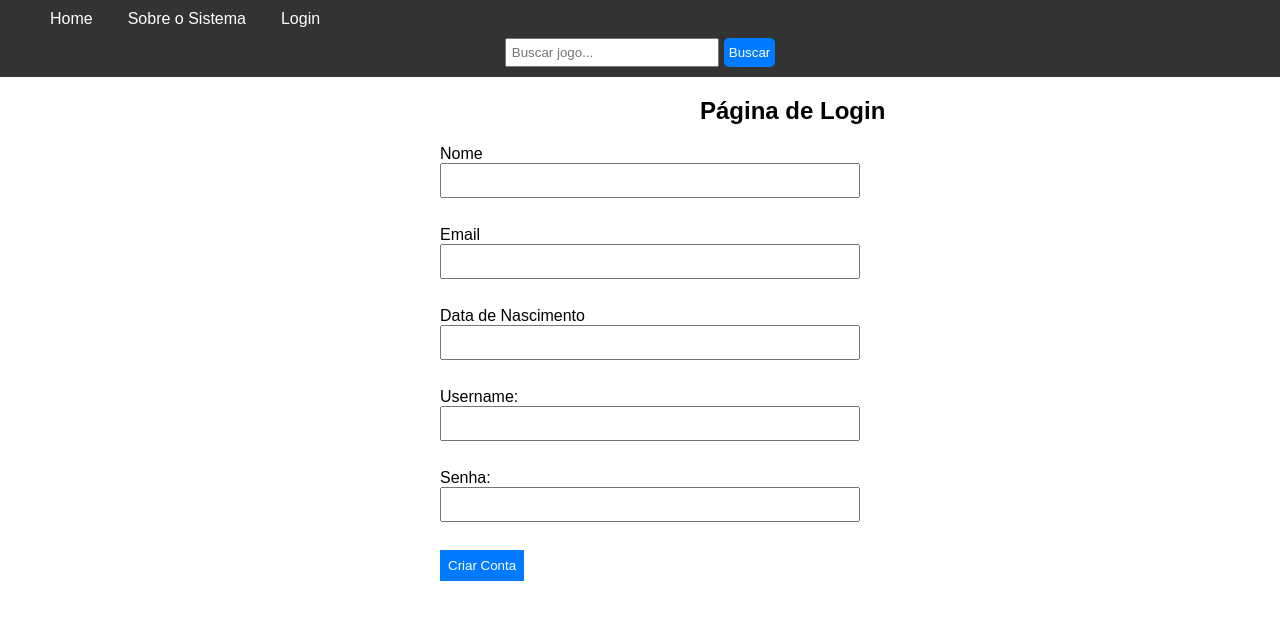
Repository: lucasparila/JogosEletronicos
Page: http://localhost/JogosEletronicos/view/criar-conta.jsp
The author's editor kept a copy of each file at every save. The page is drawn from the files as they stood at one save, then again after the next save.
The browser window is 1280 px wide. The pictures show the whole page.
The page is served by Tomcat 9.

Above is the page before, as saved 2025-05-17 19:02:45.

After the next save:
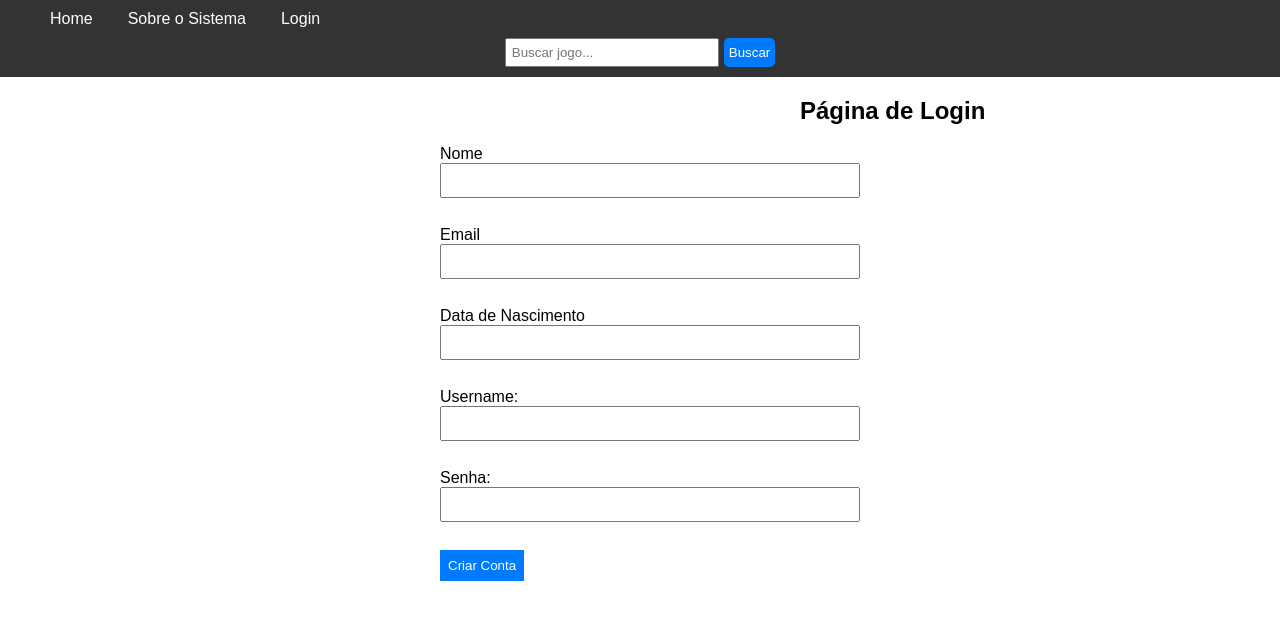
Saved 17 s later.
--- a/JogosEletronicos/src/main/webapp/css/criar-conta.css
+++ b/JogosEletronicos/src/main/webapp/css/criar-conta.css
@@ -5,7 +5,7 @@
 }
 
 .titulo-conta{
-	margin-left: 700px;
+	margin-left: 800px;
 }
 
 .form-conta input[type="text"],
